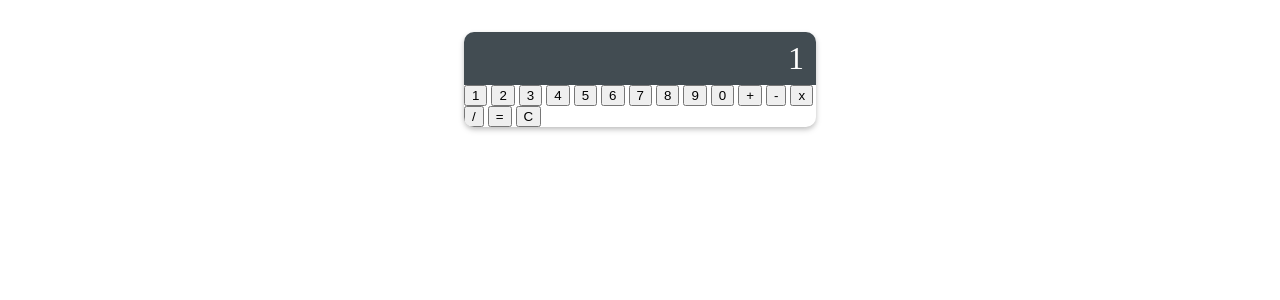
Repository: TEazy2433/LAB-calculator
Page: index.html
These files come from the project's save history. The page is drawn as it stood at one moment and after the next save; the edit follows.
The browser window is 1280 px wide. The pictures show the whole page.

Above is the page before, as saved 2023-10-13 17:30:36.

After the next save:
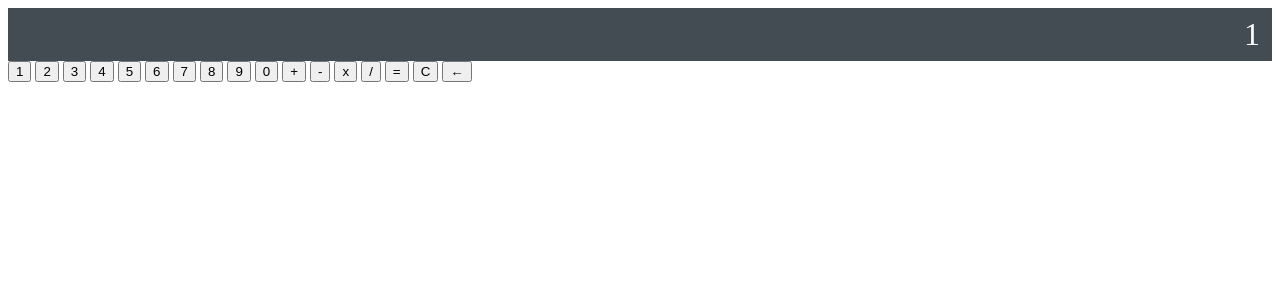
Saved 6 min 44 s later.
--- a/index.html
+++ b/index.html
@@ -8,7 +8,7 @@
 </head>
 <body>
 
-  <div class="container">
+  <div class="calculator">
     <div class="display">1</div>
     <div class="buttons">
       <button class="key">1</button>
@@ -20,13 +20,14 @@
       <button class="key">7</button>
       <button class="key">8</button>
       <button class="key">9</button>
-      <button class="key">0</button>
+      <button class="zero">0</button>
       <button class="operator">+</button>
       <button class="operator">-</button>
       <button class="operator">x</button>
       <button class="operator">/</button>
-      <button class="equals">=</button>
+      <button class="operator">=</button>
       <button class="clear">C</button>
+      <button class="Arrow">&#8592;</button>
 
 
 
